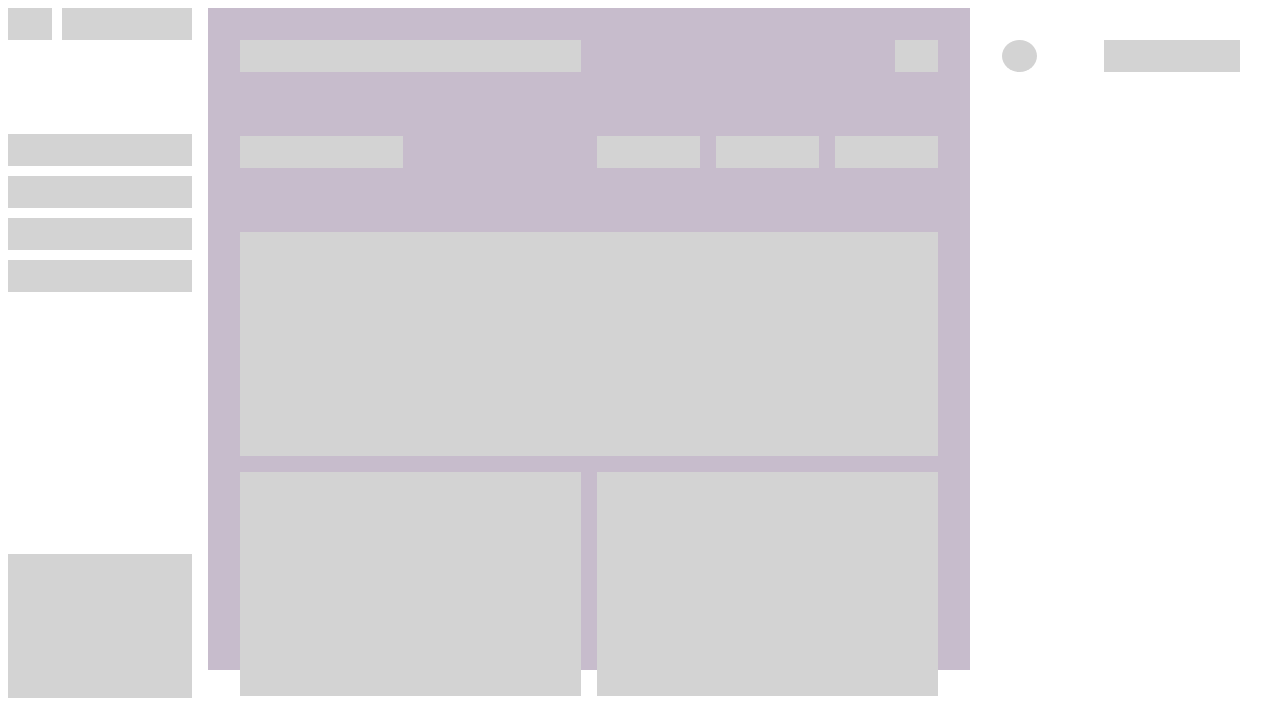
Repository: tr2cky/exercise2
Page: index.html
These files come from the project's save history. The page is drawn as it stood at one moment and after the next save; the edit follows.
The browser window is 1280 px wide. The pictures show the whole page.

Above is the page before, as saved 2022-10-01 18:49:18.

### index.html
<!DOCTYPE html>
<html lang="en">

<head>
    <meta charset="UTF-8">
    <meta http-equiv="X-UA-Compatible" content="IE=edge">
    <meta name="viewport" content="width=device-width, initial-scale=1.0">
    <link rel="stylesheet" href="style.css">
    <title>Document</title>
</head>

<body>
    <div class="container">
        <div class="side1">
        <div id="box1"></div>
        <div id="box2"></div>
        <div id="box3"></div>
        <div id="box4"></div>
        <div id="box5"></div>
        <div id="box6"></div>
        <div id="box7"></div>
        <div id="box8"></div>
        </div>
        <main>
            <div id="boxa"></div>
            <div id="boxb"></div>
            <div id="boxc"></div>
            <div id="boxd"></div>
            <div id="boxe"></div>
            <div id="boxf"></div>
            <div id="boxg"></div>
            <div id="boxh"></div>
            <div id="boxj"></div>
        </main>
        <div class="side2">
            <div id="boxq"></div>
            <div id="boxw"></div>
        </div>
    </div>
</body>

</html>

### style.css
.container {
    display: flex;
    flex-direction: row;
    height: 92vh;
}

main {
    flex-grow: 3;
    background-color: rgb(199, 188, 204);
    display: grid;
    grid-template-columns: repeat(12, 1fr);
    grid-auto-rows: 2em;
    grid-gap: 1em;
    padding: 2em;
}

.side1 {
    flex-grow: 1;
    display: grid;
    grid-template-columns: 1fr 3fr;
    grid-auto-rows: 2em;
    grid-gap: 10px;
    margin-right: 1em;
}

.side2 {
    flex-grow: 1;
}

.side1 div,
main div,
.side2 div {
    background-color: lightgray;
}

#box3 {
    grid-column: 1/3;
    grid-row: 8;
    justify-self: start;
}

#box4 {
    grid-column: 1/3;
    grid-row: 4;
}

#box5 {
    grid-column: 1/3;
    grid-row: 5;
}

#box6 {
    grid-column: 1/3;
    grid-row: 6;
}

#box7 {
    grid-column: 1/3;
    grid-row: 7;
}

#box8 {
    grid-column: 1/3;
    grid-row: 14;
    height: 9em;
}

#boxa {
    grid-column: 1/7;
}

#boxb {
    grid-column: 12;
}

#boxc {
    grid-column: 1/4;
    grid-row: 3;
}
#boxd {
    grid-column: 7/9;
    grid-row: 3;
}
#boxe {
    grid-column: 9/11;
    grid-row: 3;
}
#boxf {
    grid-column: 11/13;
    grid-row: 3;
}
#boxg {
    grid-row: 5/10;
    grid-column: 1/13
}
#boxh {
    grid-row: 10/15;
    grid-column: 1/7;
}
#boxj {
    grid-row: 10/15;
    grid-column: 7/13;
}
.side2 {
    display: grid;
    grid-template-columns: repeat(5, 1fr);
    grid-gap: 1em;
    grid-auto-rows: 2em;
    padding: 2em;
}
#boxq {
    border-radius: 50%;
}
#boxw {
    grid-area: 1 / 3 / 1 / 6;
}

After the next save:
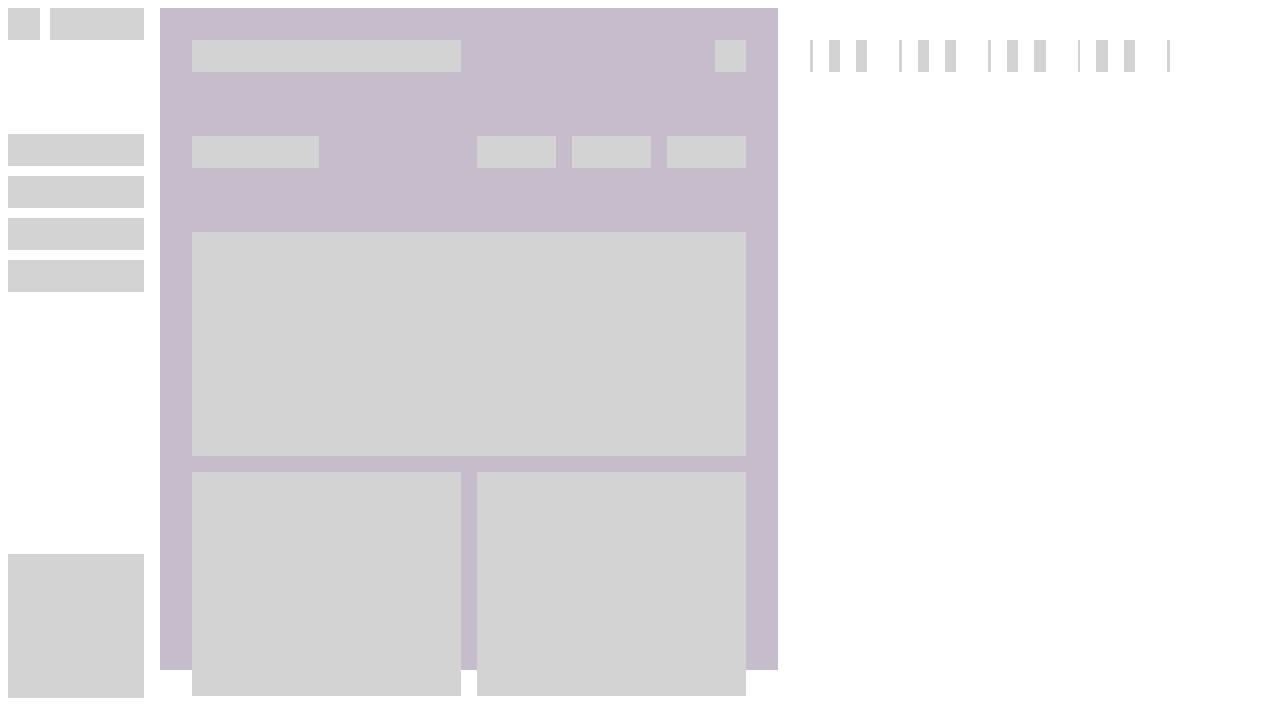
Saved 3 min 58 s later.
--- a/index.html
+++ b/index.html
@@ -35,6 +35,21 @@
         <div class="side2">
             <div id="boxq"></div>
             <div id="boxw"></div>
+            <div id="boxw"></div>
+            <div id="boxw"></div>
+            <div id="boxw"></div>
+            <div id="boxw"></div>
+            <div id="boxw"></div>
+            <div id="boxw"></div>
+            <div id="boxw"></div>
+            <div id="boxw"></div>
+            <div id="boxw"></div>
+            <div id="boxw"></div>
+            <div id="boxw"></div>
+            <div id="boxw"></div>
+            <div id="boxw"></div>
+            <div id="boxw"></div>
+            <div id="boxw"></div>
         </div>
     </div>
 </body>
--- a/style.css
+++ b/style.css
@@ -103,14 +103,14 @@ main div,
 }
 .side2 {
     display: grid;
-    grid-template-columns: repeat(5, 1fr);
+    grid-template-columns: repeat(5, 1fr 4fr 4fr 0fr);
     grid-gap: 1em;
     grid-auto-rows: 2em;
     padding: 2em;
 }
-#boxq {
+/*#boxq {
     border-radius: 50%;
 }
 #boxw {
-    grid-area: 1 / 3 / 1 / 6;
-}
+    grid-area: 1 / 2 / 1 / 6;
+}*/
